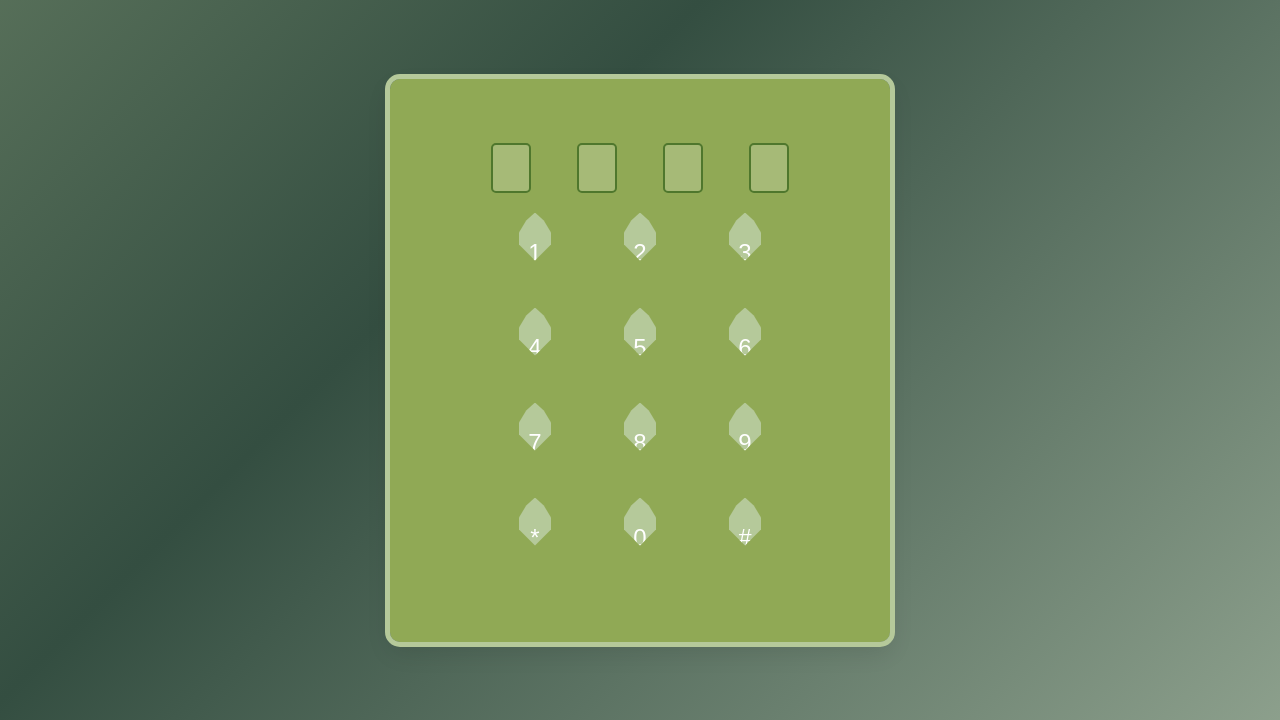
Repository: jahatesu/project-cutie
Page: index.html
The author's editor kept a copy of each file at every save. The page is drawn from the files as they stood at one save, then again after a run of saves.
The browser window is 1280 px wide. The pictures show the whole page.
Some web libraries are served in a nearby version.

Above is the page before, as saved 2025-08-14 21:18:51.
Console error: TypeError: Cannot read properties of null (reading 'getBoundingClientRect')

After the next 2 saves:
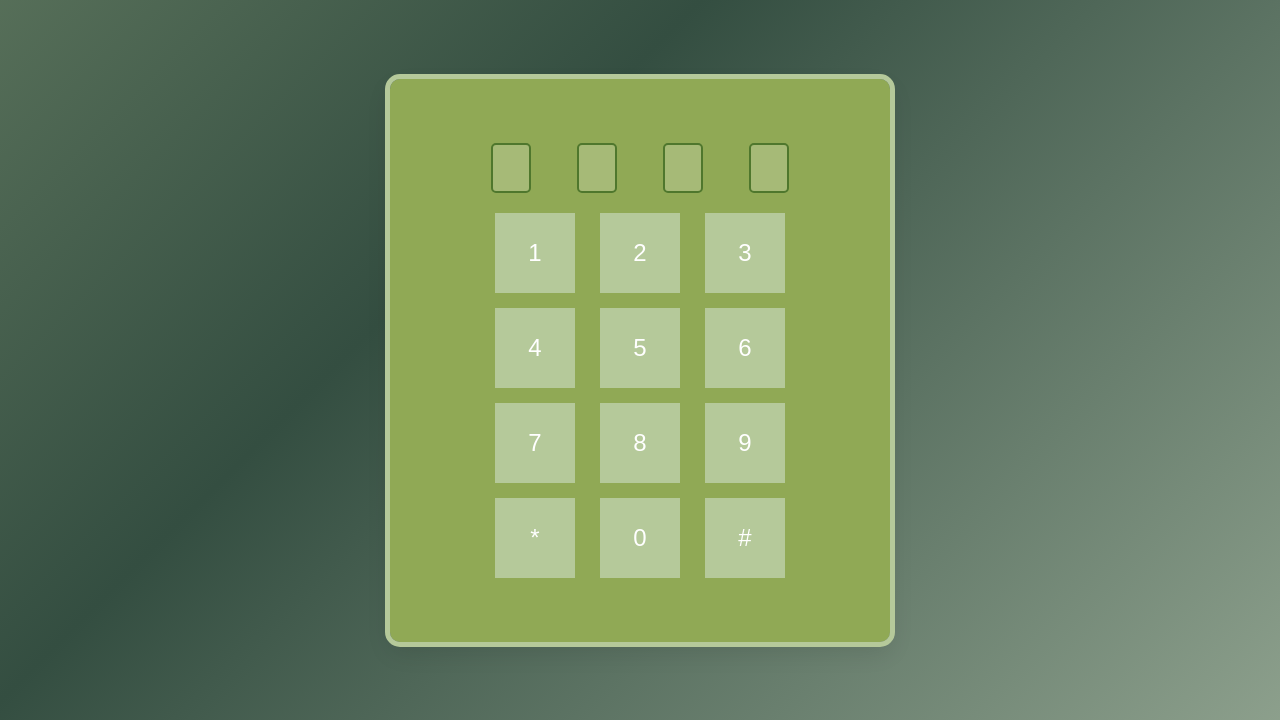
The 2 saves are shown as one change because they came seconds apart.
The last was saved 16 s later.
--- a/style.css
+++ b/style.css
@@ -94,17 +94,6 @@ body {
   cursor: pointer;
   background: #b5c99a;
   transition: transform 0.1s ease;
-   /* Heart shape */
-  clip-path: polygon(
-    50% 0%,
-    61% 10%,
-    70% 25%,
-    70% 40%,
-    50% 60%,
-    30% 40%,
-    30% 25%,
-    39% 10%
-  );
 }
 
 .heart-pad button:active {
